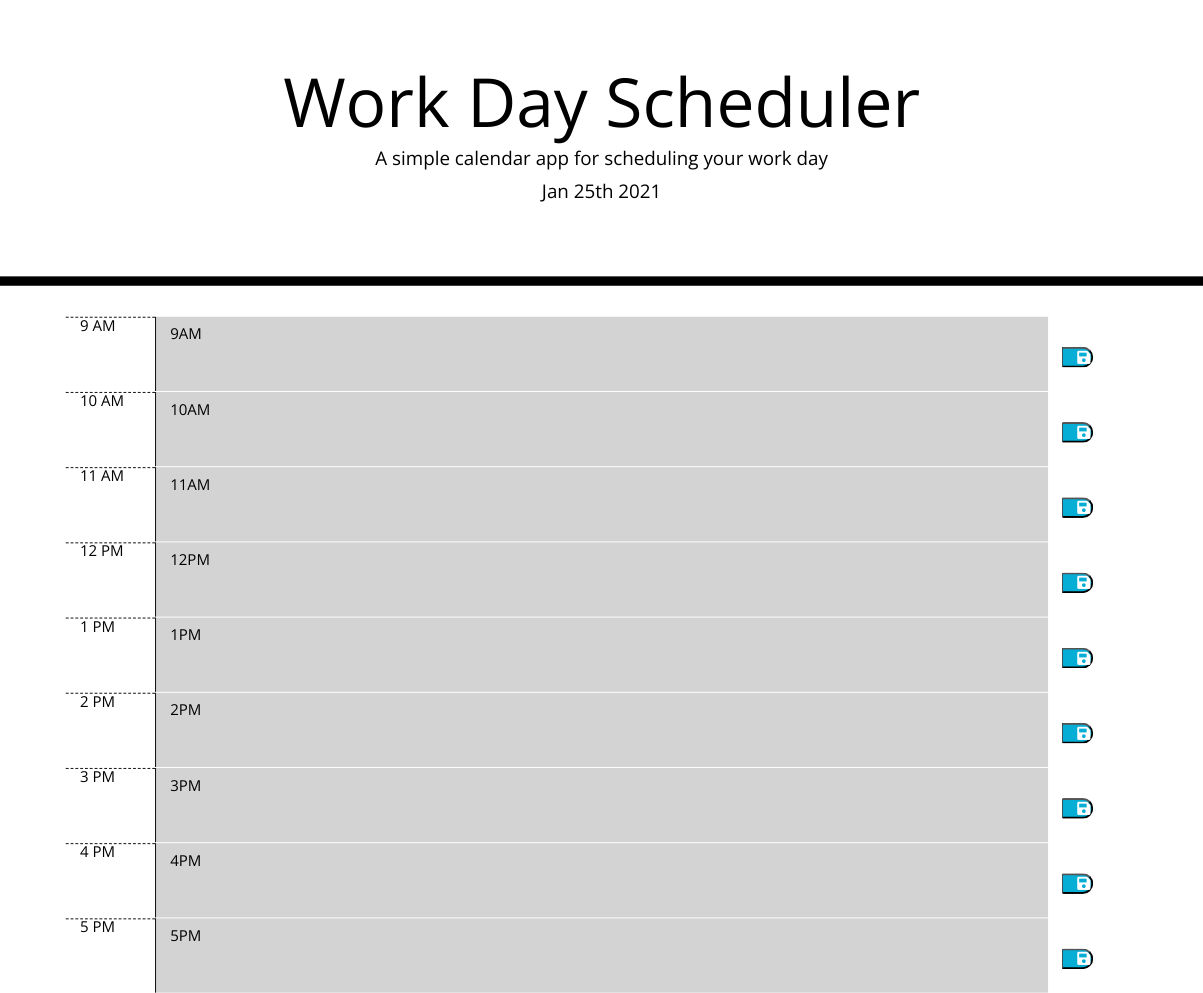
Repository: UPye/workDayScheduler
Page: index.html
The author's editor kept a copy of each file at every save. The page is drawn from the files as they stood at one save, then again after the next save.
The browser window is 1280 px wide. The pictures show the whole page, at 94% of full size.
Some web libraries are served in a nearby version.

Above is the page before, as saved 2021-01-25 22:00:40.

After the next save:
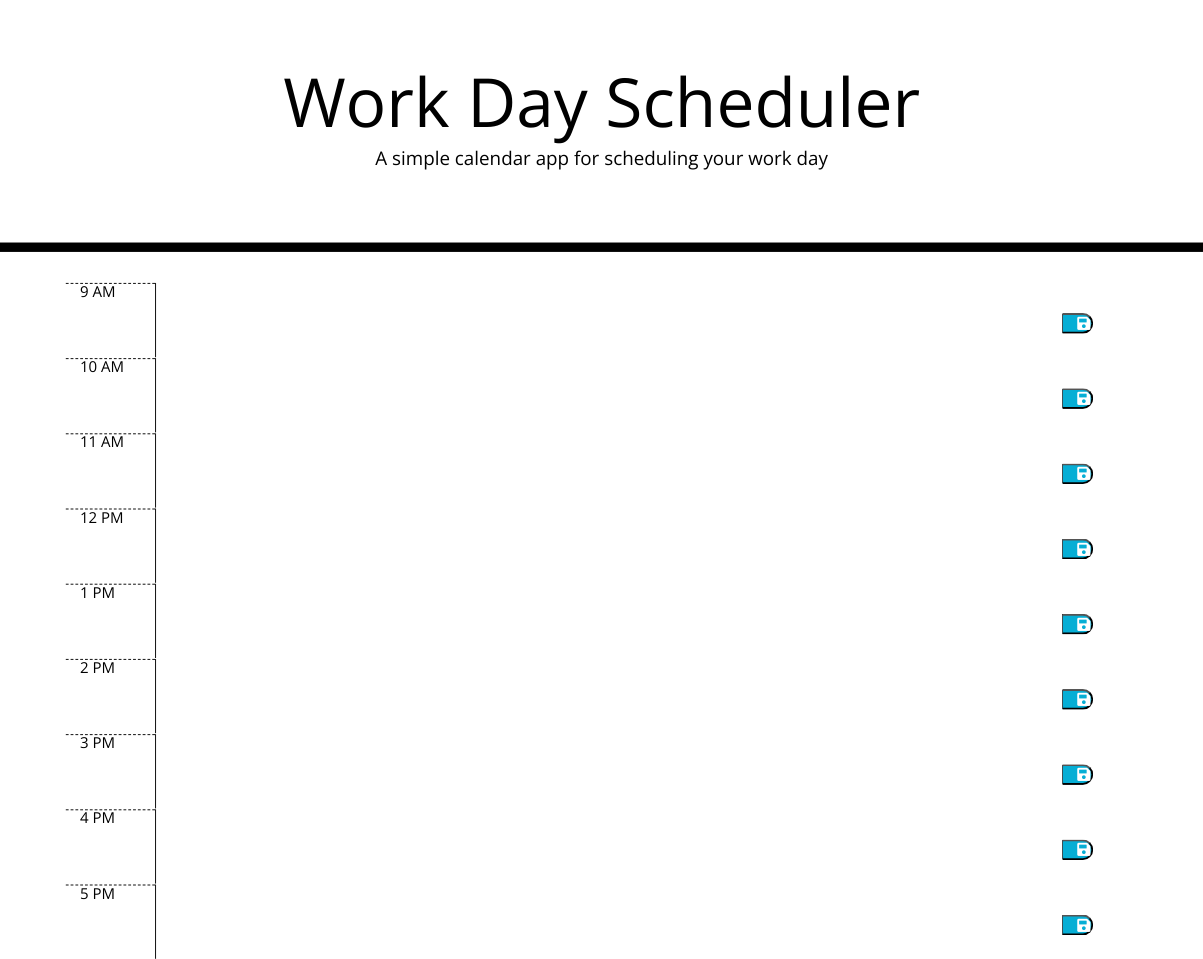
Console error: SyntaxError: Unexpected token '*'
Saved 2 min 12 s later.
--- a/assets/JS/script.js
+++ b/assets/JS/script.js
@@ -45,7 +45,7 @@
             $(this).val(calendarTime + "AM");
         } else {
             $(this).val(calendarTime + "PM");
-        }
+        } */
         if (calendarTime < currentTime) {
             $(this).addClass("past");
         }

After the save that followed:
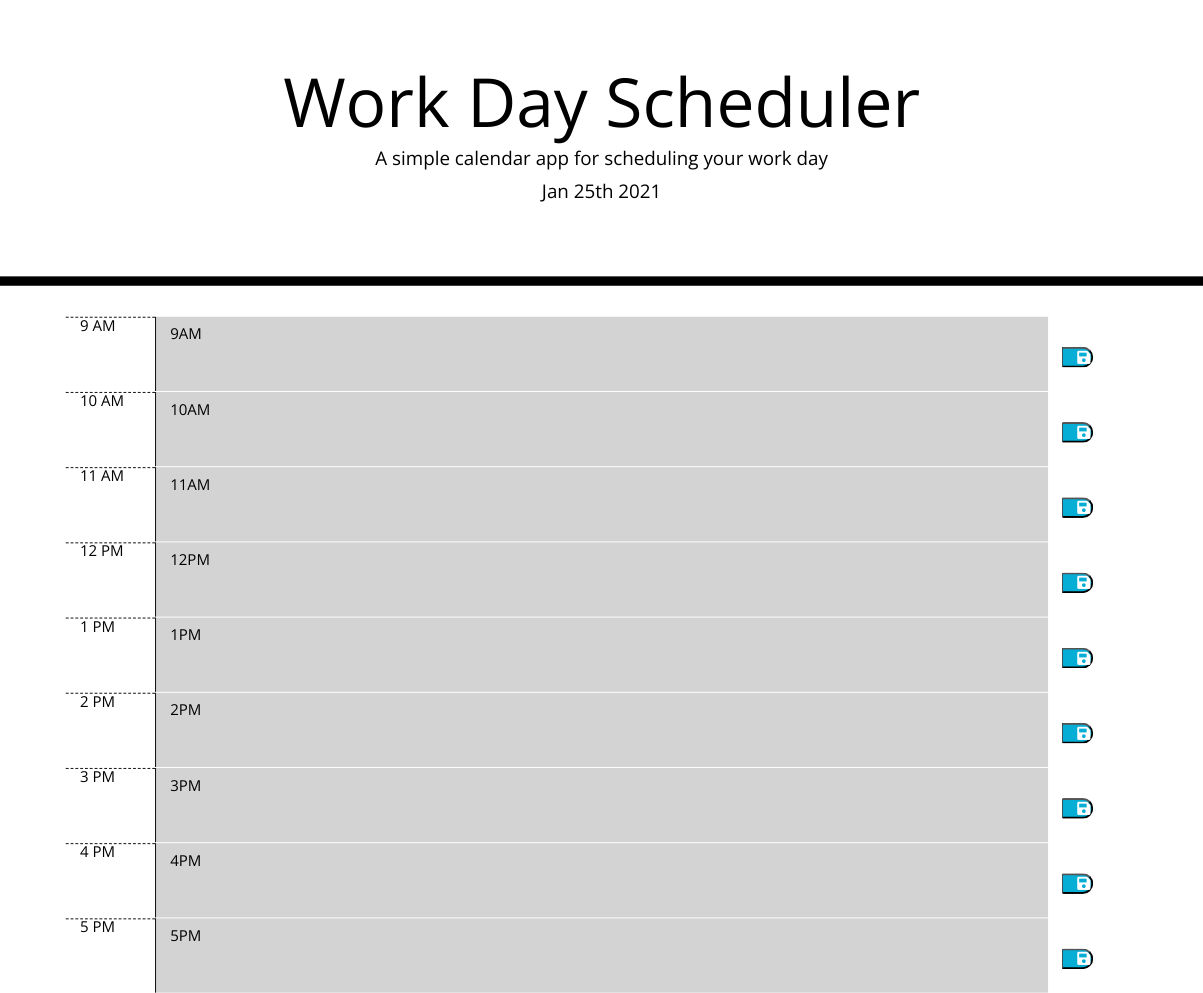
The error is gone.
Saved 7 s later.
--- a/assets/JS/script.js
+++ b/assets/JS/script.js
@@ -45,7 +45,7 @@
             $(this).val(calendarTime + "AM");
         } else {
             $(this).val(calendarTime + "PM");
-        } */
+        }
         if (calendarTime < currentTime) {
             $(this).addClass("past");
         }
